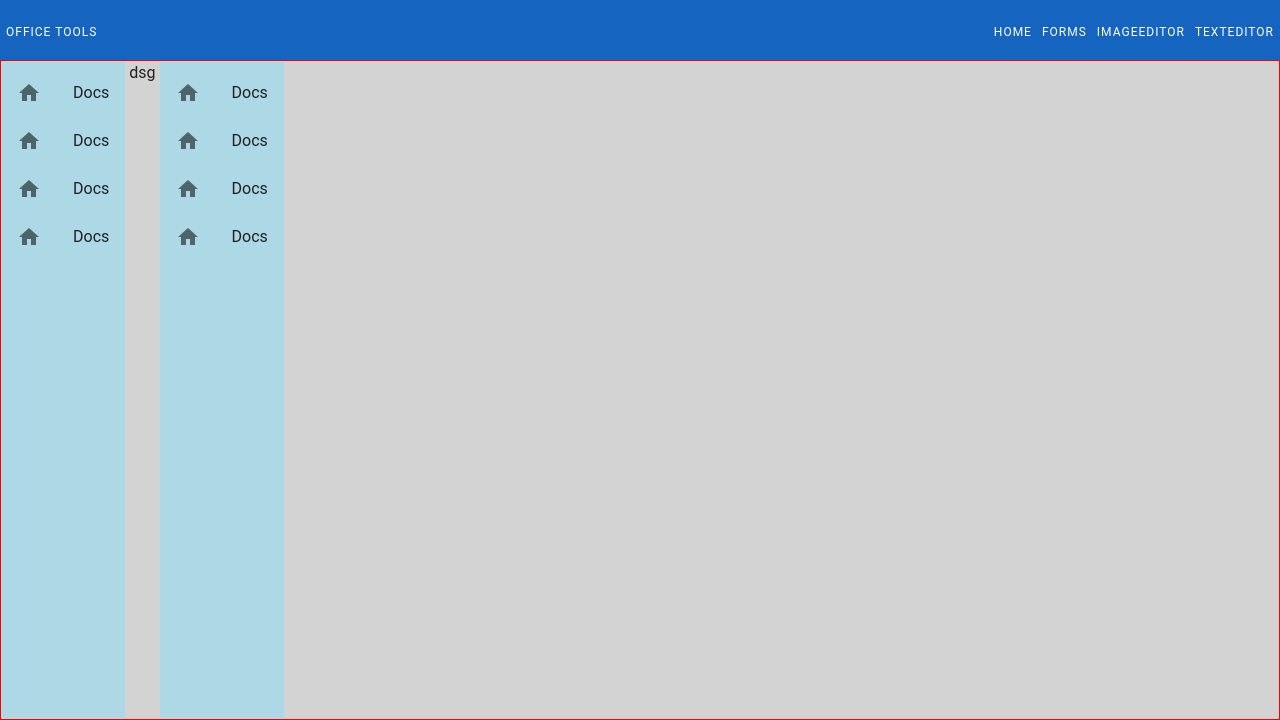
Repository: Vijay-Singh1/office-tools
Page: /form-builder/Create-Form
The author's editor kept a copy of each file at every save. The page is drawn from the files as they stood at one save, then again after the next save.
The browser window is 1280 px wide. The pictures show the whole page.
The project was rebuilt for these pictures with package versions that can differ from the ones it lists, and the page was loaded fresh each time. Also part of the build but not shown: vite.config.ts, src/FormBuilderApp/src/pages/FormBuilderHome.tsx, src/FormBuilderApp/src/pages/OpenForms.tsx, src/App.css, src/components/common/sidebar/Sidebar.tsx, src/ImageEditor/src/pages/ImageEditorHome.tsx, src/ImageEditor/src/pages/CreateImage.tsx, src/DocsEditor/src/pages/DocsEditorHome.tsx and 1 more.

Above is the page before, as saved 2024-09-09 19:39:53.

### index.html
<!doctype html>
<html lang="en">
  <head>
    <meta charset="UTF-8" />
    <link rel="icon" type="image/svg+xml" href="/vite.svg" />
    <meta name="viewport" content="width=device-width, initial-scale=1.0" />
    <title>Office Tools</title>
  </head>
  <body>
    <div id="root"></div>
    <script type="module" src="/src/main.tsx"></script>
  </body>
</html>

### src/main.tsx
import { StrictMode } from 'react'
import { createRoot } from 'react-dom/client'
import App from './App.tsx'
import './index.css'// Import Tailwind CSS
import { ThemeProvider } from '@mui/material/styles';
import CssBaseline from '@mui/material/CssBaseline';
import theme from "./appTheme/appTheme.ts"
import AppRoutes from './routes.js';
createRoot(document.getElementById('root')!).render(
  <StrictMode>
    <ThemeProvider theme={theme}>
    <CssBaseline />
    <AppRoutes />
    </ThemeProvider>
  </StrictMode>,
)

### src/appTheme/appTheme.ts
// src/theme/theme.js

import { createTheme } from '@mui/material/styles';
import { blue,  red, orange, green, grey } from '@mui/material/colors';

const theme = createTheme({
  palette: {
    primary: {
      light: blue[300], // Light shade for hover effects, etc.
      main: blue[600],  // Main primary color
      dark: blue[800],  // Dark shade for contrast
      contrastText: '#ffffff',
    },
    secondary: {
      light: blue[200], // Light blue as a secondary color
      main: blue[400],  // A mid-range blue for secondary actions
      dark: blue[700],  // Darker shade for emphasis
      contrastText: '#ffffff',
    },
    error: {
      main: red[500],
    },
    warning: {
      main: orange[500],
    },
    info: {
      main: blue[300],
    },
    success: {
      main: green[500],
    },
    background: {
      default: '#ffffff',
      paper: blue[50], // Very light blue background for paper components
    },
    text: {
      primary: grey[900],
      secondary: blue[800], // Dark blue text for secondary elements
    },
    action: {
      hover: blue[100], // Light blue on hover
      selected: blue[50], // Even lighter blue when an item is selected
      disabledBackground: blue[50], // Light blue background for disabled items
      disabled: grey[400], // Disabled text color
    },
    divider: blue[100], // Light blue for dividers and borders
  },
  typography: {
    fontFamily: 'Roboto, Arial, sans-serif',
    h1: {
      fontWeight: 700,
      color: blue[800], // Dark blue for headings
    },
    h2: {
      fontWeight: 700,
      color: blue[700], // Slightly lighter for sub-headings
    },
    subtitle1: {
      fontSize: 12,
      letterSpacing : "1px"
    },
  },
  spacing :[0,2,4,6,8,10],
  components: {
    MuiButton: {
      styleOverrides: {
        root: {
          borderRadius: 8,
          '&:hover': {
            backgroundColor: blue[700], // Darker blue on hover
          },
        },
      },
    },
    MuiAppBar: {
      styleOverrides: {
        colorPrimary: {
          backgroundColor: blue[800], // Darker shade for AppBar
        },
      },
    },
    MuiPaper: {
      styleOverrides: {
        root: {
          backgroundColor: blue[50], // Very light blue for paper components
        },
      },
    },
    // Add more component customizations as needed
  },
});

export default theme;

### src/routes.tsx
import React from 'react';
import { createBrowserRouter, RouterProvider } from 'react-router-dom';
import { formBuilderRoutes } from './FormBuilderApp/src/formBuilderRoutes';
import App from './App';
import { imageEditorRoutes } from './ImageEditor/src/ImageEditorRoutes';
import { docsEditorRoutes } from './DocsEditor/src/docsEditorRoutes';

// Combine routes from different modules
const router = createBrowserRouter([
  {
    path: '/',
    element: <App />,
    children: [
      ...formBuilderRoutes,
      ...imageEditorRoutes,
      ...docsEditorRoutes
      // Add other module routes here
    ],
  },
]);

const AppRoutes: React.FC = () => {
  return <RouterProvider router={router} />;
};

export default AppRoutes;

### src/FormBuilderApp/src/formBuilderRoutes.tsx
import React from 'react';
import { RouteObject } from 'react-router-dom';
import FormBuilderHome from './pages/FormBuilderHome';
import CreateForm from './pages/CreateForm';
import OpenForms from './pages/OpenForms';
import FormBuilderMain from './pages/FormBuilderMain';


export const formBuilderRoutes: RouteObject[] = [
  {
    path: 'form-builder',
    element: < FormBuilderMain/>,
    children: [
      {
        path: '/form-builder',
        element: <FormBuilderHome />,
      },
      {
        path: '/form-builder/Create-Form',
        element: <CreateForm />,
      },
      {
        path: '/form-builder/Open-Form',
        element: <OpenForms />,
      },
    ],
  },
];

### src/App.tsx
import { Outlet } from "react-router-dom";
import "./App.css";
import Sidebar from "./components/common/appBar/sidebar/Sidebar";
import { AppBar, Box, IconButton, Stack, Toolbar, Typography,   } from "@mui/material";
import MenuIcon from '@mui/icons-material/Menu';
import Appbar from "./components/common/appBar/Appbar";
const App: React.FC = () => {

  return (

      <Stack direction="column">
    <Appbar/>
      <Box>
        <Outlet />
      </Box>
      </Stack>

  );
};

export default App;

### src/ImageEditor/src/ImageEditorRoutes.tsx
import React from 'react';
import { RouteObject } from 'react-router-dom';
import ImageEditorMain from './pages/ImageEditorMain';
import ImageEditorHome from './pages/ImageEditorHome';
import CreateImage from './pages/CreateImage';


export const imageEditorRoutes: RouteObject[] = [
  {
    path: 'image-editor',
    element: < ImageEditorMain/>,
    children: [
      {
        path: '/image-editor',
        element: <ImageEditorHome />,
      },
      {
        path: '/image-editor/Create-Image',
        element: <CreateImage />,
      },

    ],
  },
];

### src/DocsEditor/src/docsEditorRoutes.tsx
import React from 'react';
import { RouteObject } from 'react-router-dom';
import DocsEditorMain from './pages/DocsEditorMain';
import DocsEditorHome from './pages/DocsEditorHome';
import CreateDocs from './pages/CreateDocs';


export const docsEditorRoutes: RouteObject[] = [
  {
    path: '/docs-editor',
    element: < DocsEditorMain/>,
    children: [
      {
        path: '/docs-editor',
        element: <DocsEditorHome />,
      },
      {
        path: '/docs-editor/Create-docs',
        element: <CreateDocs />,
      },

    ],
  },
];

### src/FormBuilderApp/src/pages/CreateForm.tsx
import { styled } from '@mui/material/styles';
import Box from '@mui/material/Box';
import React from 'react'
import { Stack } from '@mui/material';
import FormSidebar from '../components/sidebar/Sidebar';
import { Home } from '@mui/icons-material';
import CenterComponent from '../components/centerComponent/centerComponent';


const sideBarItem = [
  {
    text :"Docs",
    icon :<Home/>
  },
  {
    text :"Docs",
    icon :<Home/>
  },
  {
    text :"Docs",
    icon :<Home/>
  },
  {
    text :"Docs",
    icon :<Home/>
  },
]
const CreateForm : React.FC = () => {
  return (
    <Box border={"1px solid red"} flex ={1} bgcolor={"lightgray"} display={"flex"}  width = "100%" minHeight="calc(100vh - 60px)">
      <Stack direction="row" spacing={2}>
      <FormSidebar items = {sideBarItem}/>
      <CenterComponent/>
      <FormSidebar items = {sideBarItem}/>
</Stack>
    </Box>
  )
}

export default CreateForm

### src/FormBuilderApp/src/pages/FormBuilderMain.tsx
import { Box, Stack } from '@mui/material'
import { Outlet } from 'react-router-dom'



const FormBuilderMain = () => {
  return (
      <Box width={"100%"} >
        <Stack direction="row" spacing={2}>
            <Outlet />
          </Stack>
          </Box>
  )
}

export default FormBuilderMain

### src/components/common/appBar/Appbar.tsx
import { AppBar, Box, styled, Toolbar, Typography } from '@mui/material'
import React from 'react'
import HomeRepairServiceIcon from '@mui/icons-material/HomeRepairService';
import { NavLink } from 'react-router-dom';

const StyledToolBar = styled(Toolbar)({
    display : "flex",
    justifyContent : "space-between"
})

const NavItems = styled(Box)(({theme}) =>({
    color : theme.palette.primary.contrastText,
    display: "flex",
    // border : "1px solid red",
    gap: theme.spacing(5)
}))

const StyledNavLink = styled(NavLink)(({theme})=>({
    width : "40%",
    color : theme.palette.primary.contrastText,
    textDecoration : "none",


}))

const Appbar = () => {
  return (
    <Box sx={{ flexGrow: 1 }} height={"60px"}>
    <AppBar position='static' >
        <StyledToolBar>
        <Typography variant='subtitle1' sx={{display : {sm : "block", xs : "none"}}}>OFFICE TOOLS</Typography>
            <HomeRepairServiceIcon sx={{display : {sm : "none", xs : "block"}}}/>
            <NavItems>
            <StyledNavLink to="/"><Typography variant='subtitle1'>HOME</Typography> </StyledNavLink>
            <StyledNavLink to="/form-builder"><Typography variant='subtitle1'>FORMS</Typography></StyledNavLink>
            <StyledNavLink to="/image-editor"><Typography variant='subtitle1'>IMAGEEDITOR</Typography></StyledNavLink>
            <StyledNavLink to="/docs-editor"><Typography variant='subtitle1'>TEXTEDITOR</Typography></StyledNavLink>
        </NavItems>
        </StyledToolBar>

    </AppBar>
    </Box>
  )
}

export default Appbar

### src/ImageEditor/src/pages/ImageEditorMain.tsx
import { Home } from '@mui/icons-material'
import { Box, Stack } from '@mui/material'
import React from 'react'
import { Outlet } from 'react-router-dom'
import Sidebar from '../../../components/common/sidebar/Sidebar'


const sideBarItem = [
    {
      text :"ImageEditor",
      icon :<Home/>
    },
    {
      text :"ImageEditor",
      icon :<Home/>
    },
    {
      text :"ImageEditor",
      icon :<Home/>
    },
    {
      text :"ImageEditor",
      icon :<Home/>
    },
  ]
const ImageEditorMain = () => {
  return (
    <Box width={"100%"}>
      <Stack direction="row" spacing={2}>
        <Sidebar items ={sideBarItem}/>
          <Outlet />
        </Stack>
        </Box>
  )
}

export default ImageEditorMain

### src/DocsEditor/src/pages/DocsEditorMain.tsx
import { Box, Stack } from '@mui/material'
import React from 'react'
import Sidebar from '../../../components/common/sidebar/Sidebar'
import { Outlet } from 'react-router-dom'
import { Home } from '@mui/icons-material'


const sideBarItem = [
    {
      text :"Docs",
      icon :<Home/>
    },
    {
      text :"Docs",
      icon :<Home/>
    },
    {
      text :"Docs",
      icon :<Home/>
    },
    {
      text :"Docs",
      icon :<Home/>
    },
  ]
const DocsEditorMain = () => {
  return (
    <Box width={"100%"}>
        <Stack direction="row" spacing={2}>
          <Sidebar items ={sideBarItem}/>
            <Outlet />
          </Stack>
          </Box>
  )
}

export default DocsEditorMain

### src/FormBuilderApp/src/components/sidebar/Sidebar.tsx



import { Box, List, ListItem, ListItemButton, ListItemIcon, ListItemText } from '@mui/material'
import React from 'react'
import { SidebarProps } from '../../../../types';

const FormSidebar:React.FC<SidebarProps> = ({items  }) => {
  return (
    <Box bgcolor="lightBlue" flex={1}>
      <List>
      {items?.map((item) =>(
        <ListItem disablePadding>
          <ListItemButton component = "a" href='/form-builder'>
            <ListItemIcon>
              {item.icon}
            </ListItemIcon>
            <ListItemText >{item.text}</ListItemText>
          </ListItemButton>
        </ListItem>
      ))}
      </List>
    </Box>
  )
}

export default FormSidebar

### src/FormBuilderApp/src/components/centerComponent/centerComponent.jsx
import { Box } from '@mui/material'
import React from 'react'
import FormSidebar from '../sidebar/Sidebar'
import { Home } from '@mui/icons-material'

const sideBarItem = [
    {
      text :"Docs",
      icon :<Home/>
    },
    {
      text :"Docs",
      icon :<Home/>
    },
    {
      text :"Docs",
      icon :<Home/>
    },
  ]
const CenterComponent = () => {
  return (
    <Box flex={4}>
      dsg
    </Box >
  )
}

export default CenterComponent

Loaded but not shown: src/index.css (common file)

After the next save:
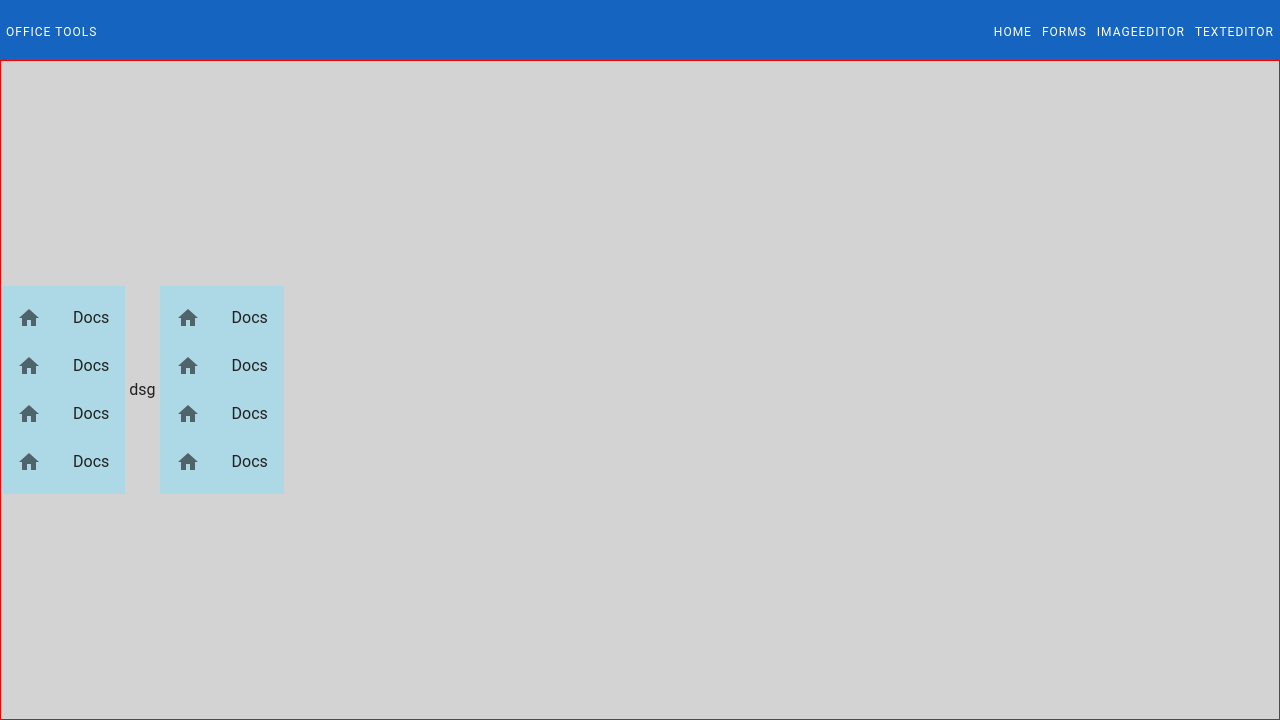
Saved 57 s later.
--- a/src/FormBuilderApp/src/pages/CreateForm.tsx
+++ b/src/FormBuilderApp/src/pages/CreateForm.tsx
@@ -28,7 +28,7 @@
 const CreateForm : React.FC = () => {
   return (
     <Box border={"1px solid red"} flex ={1} bgcolor={"lightgray"} display={"flex"}  width = "100%" minHeight="calc(100vh - 60px)">
-      <Stack direction="row" spacing={2}>
+      <Stack direction="row" spacing={2} alignItems={"center"} justifyContent={"space-between"}>
       <FormSidebar items = {sideBarItem}/>
       <CenterComponent/>
       <FormSidebar items = {sideBarItem}/>

After the save that followed:
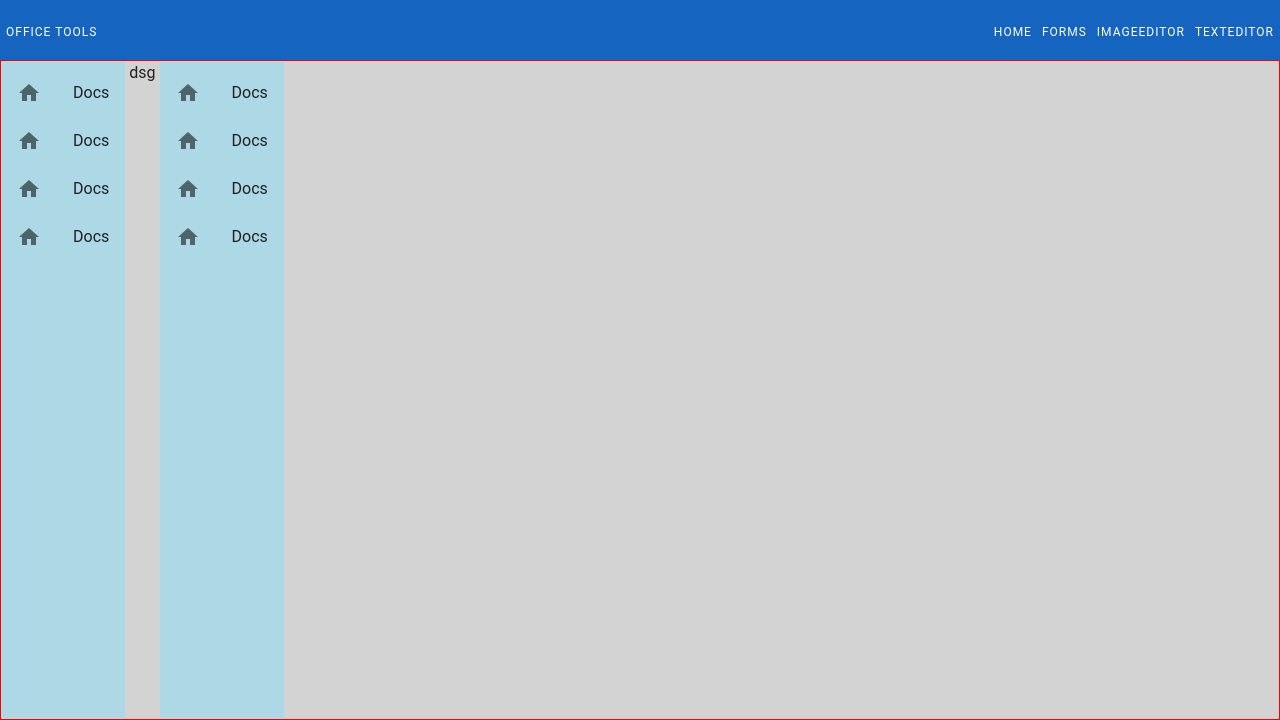
Saved 56 s later.
--- a/src/FormBuilderApp/src/pages/CreateForm.tsx
+++ b/src/FormBuilderApp/src/pages/CreateForm.tsx
@@ -28,7 +28,7 @@
 const CreateForm : React.FC = () => {
   return (
     <Box border={"1px solid red"} flex ={1} bgcolor={"lightgray"} display={"flex"}  width = "100%" minHeight="calc(100vh - 60px)">
-      <Stack direction="row" spacing={2} alignItems={"center"} justifyContent={"space-between"}>
+      <Stack direction="row" spacing={2}  justifyContent={"space-between"}>
       <FormSidebar items = {sideBarItem}/>
       <CenterComponent/>
       <FormSidebar items = {sideBarItem}/>
